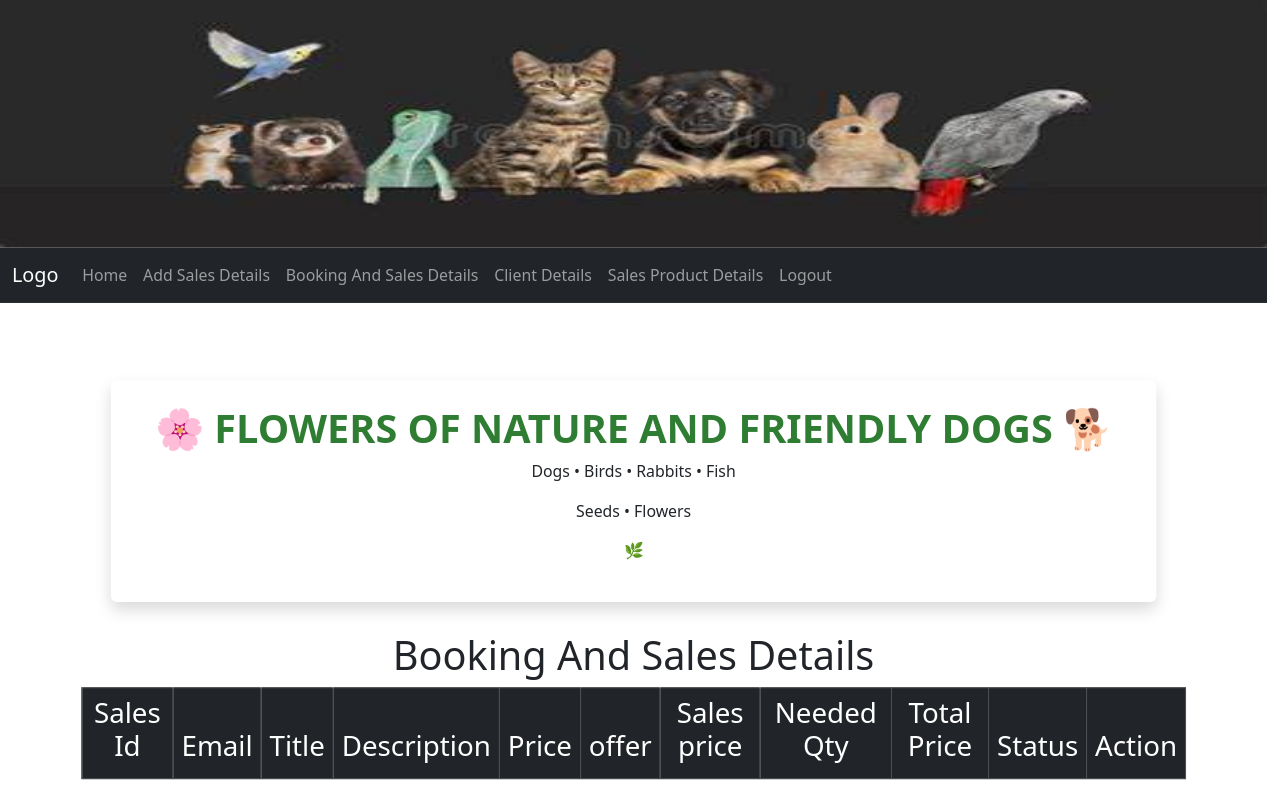
Repository: sangee123456/flowersanddogshop
Page: http://localhost/FlowersofNatureandFriendlyAnimals/WEB-INF/jsp/admin/bookingsalesdetails.jsp
These files come from the project's save history. The page is drawn as it stood at one moment and after the next save; the edit follows.
The browser window is 1280 px wide. The pictures show the whole page, at 99% of full size.
The page is served by Tomcat 9. Nobody is signed in. Other server files are loaded and not shown. The template is opened directly, without the code that normally fills it, so the values that code supplies are empty.

Above is the page before, as saved 2026-04-04 03:23:59.

### FlowersofNatureandFriendlyAnimals/FlowersofNatureandFriendlyAnimals/src/main/webapp/WEB-INF/jsp/admin/bookingsalesdetails.jsp
<%@ page language="java" contentType="text/html; charset=UTF-8"
    pageEncoding="UTF-8"%>
   <%@ taglib prefix="c" uri="http://java.sun.com/jsp/jstl/core" %>
<!DOCTYPE html>
<html>
<head>
<meta charset="UTF-8">
<title>Nature flower and dogs</title>
<link href="https://cdn.jsdelivr.net/npm/bootstrap@5.3.8/dist/css/bootstrap.min.css" rel="stylesheet">
  <script src="https://cdn.jsdelivr.net/npm/bootstrap@5.3.8/dist/js/bootstrap.bundle.min.js"></script>
</head>
<body>
<div>

<img src="../images/OIP.jpg" alt="dog" width="100%" height="250px">
<nav class="navbar navbar-expand-sm bg-dark navbar-dark">
  <div class="container-fluid">
    <a class="navbar-brand" href="#">Logo</a>
    <button class="navbar-toggler" type="button" data-bs-toggle="collapse" data-bs-target="#collapsibleNavbar">
      <span class="navbar-toggler-icon"></span>
    </button>
    <div class="collapse navbar-collapse" id="collapsibleNavbar">
      <ul class="navbar-nav">
        <li class="nav-item">
          <a class="nav-link" href="admin/adminindex">Home</a>
        </li>
                <li class="nav-item">
          <a class="nav-link" href="addsalesdetails"> Add Sales Details</a>
        </li>
        <li class="nav-item">
          <a class="nav-link" href="bookingsalesdetails">Booking And Sales Details</a>
        </li>

        <li class="nav-item">
          <a class="nav-link" href="clientdetails">Client Details</a>
        </li>
        <li class="nav-item">
          <a class="nav-link" href="salesproductdetails"> Sales Product Details</a>
        </li>

         <li class="nav-item">
          <a class="nav-link" href="http://localhost:8080/index">Logout</a>
        </li>
      </ul>
    </div>
  </div>

</nav>
</div>
<div class="container mt-5">
<h1 style="text-align: center; color: blue;"></h1>
<div style=" padding: 30px;">

    <div class="text-center bg-white p-4 rounded shadow">

        <h1 style="font-weight:bold; color:#2e7d32; "class="img-hover1">
            🌸  FLOWERS OF NATURE AND FRIENDLY DOGS 🐕
        </h1>

        <p>Dogs • Birds • Rabbits • Fish</p>
        <p>Seeds • Flowers
        </p>
<P>🌿</P>


    </div>

</div>
<div>

</div>
<h1 style="text-align: center;">Booking And Sales  Details</h1>
<table class="table table-bordered table-hover table-striped text-center">
<thead class="table-dark">
<tr>
<td><h3>Sales Id</h3> </td>
<td><h3>Email</h3></td>
<td><h3>Title</h3></td>
<td><h3>Description</h3></td>
<td><h3>Price</h3> </td>
<td><h3>offer</h3></td>
<td><h3>Sales price </h3></td>
<td><h3>Needed Qty </h3></td>
<td><h3>Total Price </h3></td>
<td><h3>Status </h3></td>
<td><h3>Action </h3></td>
</tr>
</thead>
<tbody>
<c:forEach items="${orderd}" var="d">
<tr>
<td>${d.bookingid}</td>
<td>${d.email}</td>
<td>${d.title}</td>

<td>${d.desicription}</td>
<td>${d.price}</td>
<td>${d.offer}</td>
<td>${d.salesprice}</td>
<td>${d.neededqty}</td>
<td>${d.totalprice}</td>
<td>${d.action}</td>
<td>
<form action="forbookingstatuschange" method="post">
<input type="hidden" name="bookingid" value="${d.bookingid}">
<input type="hidden" name="action" value="${d.action}">

<c:choose>
<c:when test="${d.action == 'booked'}">
<select name="status">
<option>Select</option>
<option>Packed</option>
</select>
</c:when>

    <c:otherwise>
<select name="status">
<option>Select</option>
<option>Out to Delivery</option>
</select>
</c:otherwise>
</c:choose>

<button>Edit</button>
</form>

</td>

</tr>
</c:forEach>
</tbody>
</table>
</div>
</body>
</html>

After the next save:
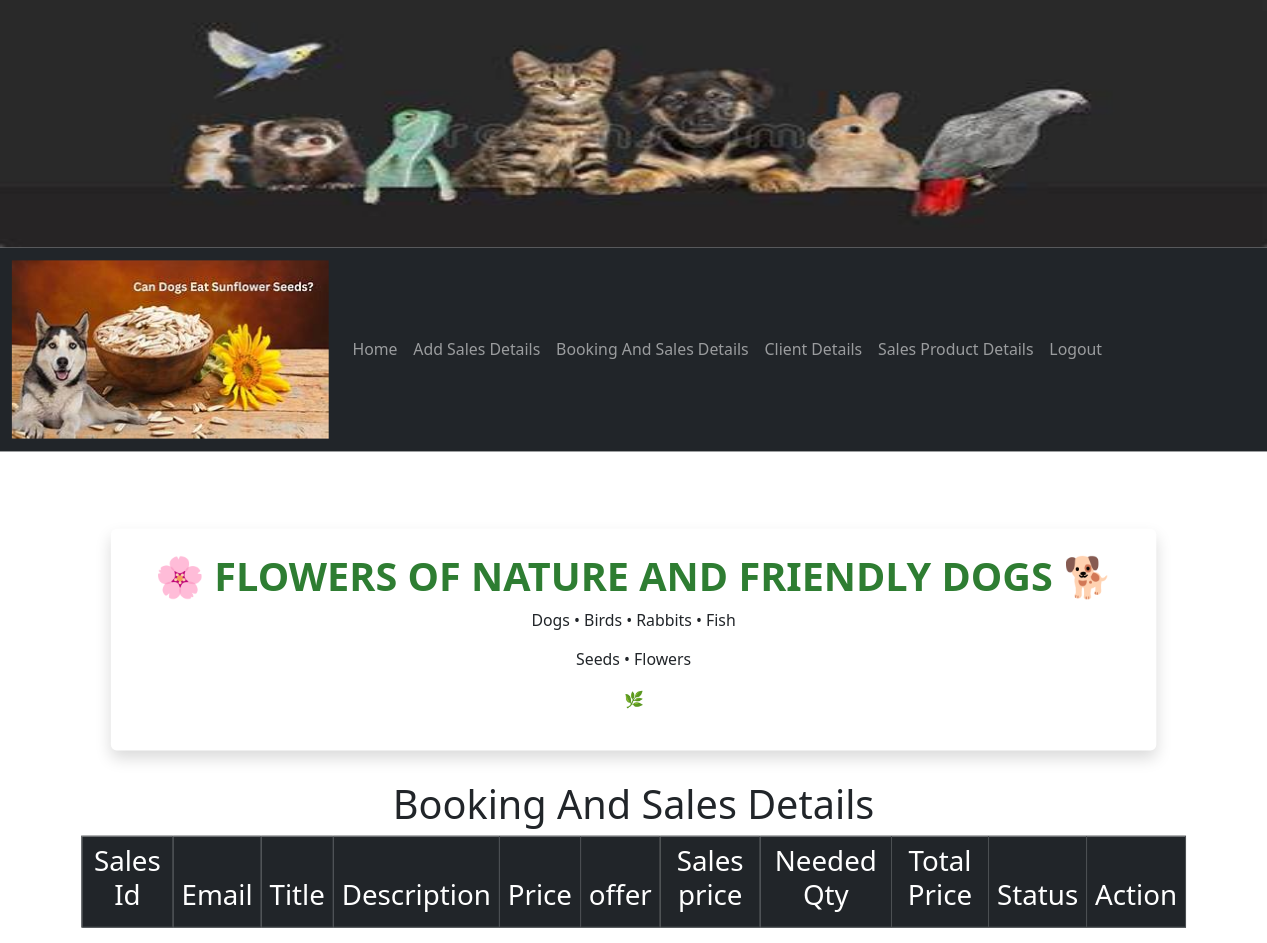
Saved 20 min 30 s later.
--- a/FlowersofNatureandFriendlyAnimals/FlowersofNatureandFriendlyAnimals/src/main/webapp/WEB-INF/jsp/admin/bookingsalesdetails.jsp
+++ b/FlowersofNatureandFriendlyAnimals/FlowersofNatureandFriendlyAnimals/src/main/webapp/WEB-INF/jsp/admin/bookingsalesdetails.jsp
@@ -15,7 +15,7 @@
 <img src="../images/OIP.jpg" alt="dog" width="100%" height="250px">
 <nav class="navbar navbar-expand-sm bg-dark navbar-dark">
   <div class="container-fluid">
-    <a class="navbar-brand" href="#">Logo</a>
+    <a class="navbar-brand" href="#"><img src="../images/banner.jpg" alt="dog"></a>
     <button class="navbar-toggler" type="button" data-bs-toggle="collapse" data-bs-target="#collapsibleNavbar">
       <span class="navbar-toggler-icon"></span>
     </button>
